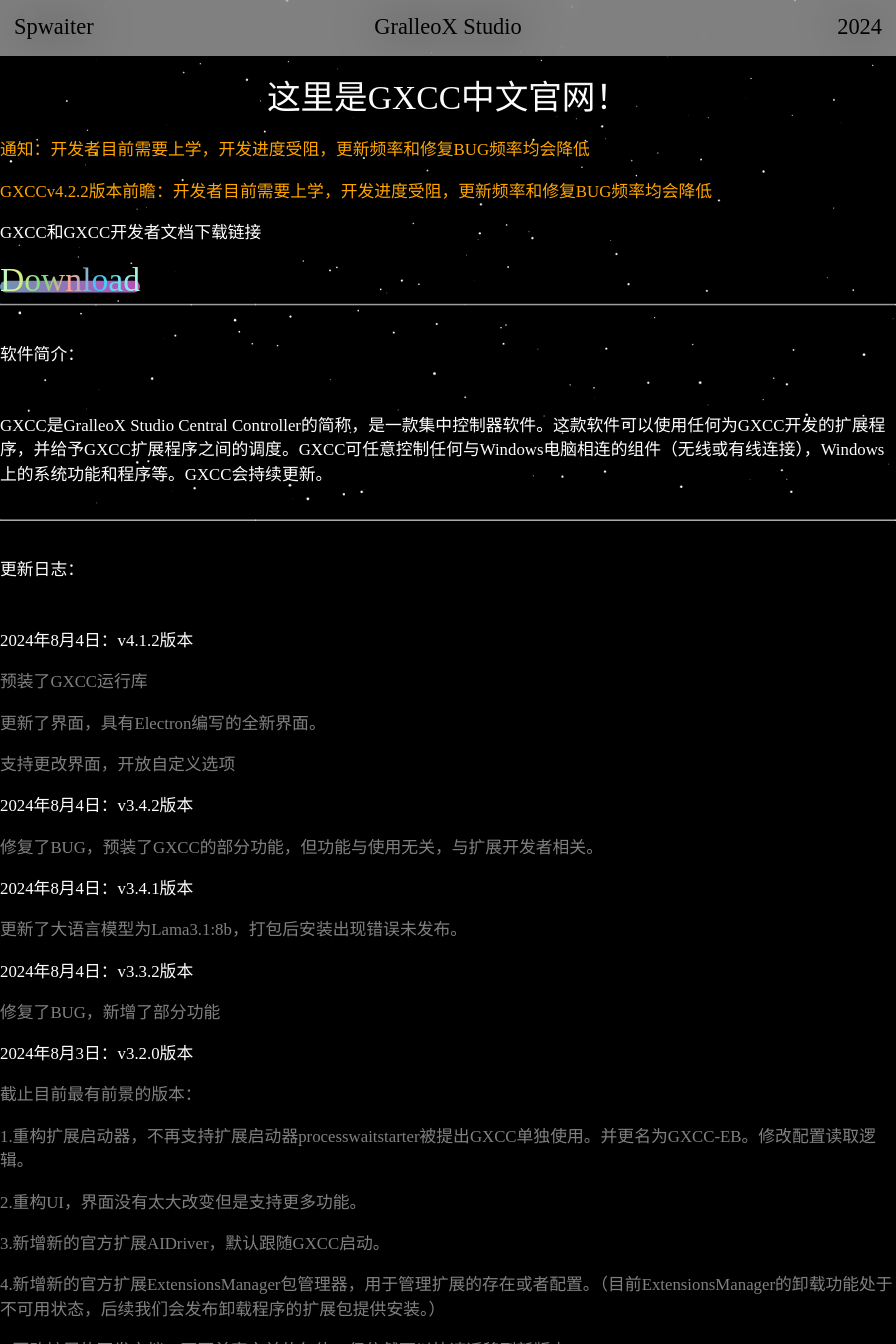
Repository: Lisu-Liso/GXCC
Page: index.html
The author's editor kept a copy of each file at every save. The page is drawn from the files as they stood at one save, then again after the next save.
The browser window is 1280 px wide. The pictures show the part of the page from y = 0 to 1920 px (the page is 4007 px tall), at 70% of full size.

Above is the page before, as saved 2024-10-05 21:15:35.

### index.html
<!DOCTYPE html>
<html lang="zh">
    <head>
        <meta http-equiv="Content-Type" content="text/html;charset=utf-8">
        <title>GXCC - GralleoX Studio</title>
        <link rel="stylesheet" type="text/css" href="./header.css">
        <link rel="shortcut icon" href="./GralleoX logo v2 web.ico">
        <style>
            body{
                overflow        : scroll;
                background-color: black;
                top             : 0;
                bottom          : 0;
                left            : 0;
                right           : 0;
                margin-top      : 100px;
                margin-bottom   : 0;
                margin-left     : 0;
                margin-right    : 0;
                user-select     : none;
            }
            ::-webkit-scrollbar{display: none;}
            .getin_screen{
                position        : fixed;
                top             : 0;
                bottom          : 0;
                left            : 0;
                right           : 0;
                background-color: rgba(0,0,0,0);
                color           : rgba(0,0,0,0);
                animation       : getinanimation 4s ease-in-out;
                text-align      : center;
                display         : table-cell;
            }
            @keyframes getinanimation{
                0% {
                    background-color       : rgba(255,255,255,1);
                    color                  : black;
                    backdrop-filter        : blur(15px);
                    -webkit-backdrop-filter: blur(15px);
                }
                40% {
                    background-color       : rgba(255,255,255,0.5);
                    color                  : black;
                    backdrop-filter        : blur(15px);
                    -webkit-backdrop-filter: blur(15px);
                }
                70% {
                    background-color       : rgba(255,255,255,0.5);
                    color                  : black;
                    backdrop-filter        : blur(15px);
                    -webkit-backdrop-filter: blur(15px);
                }
                100% {
                    background-color       : rgba(0,0,0,0);
                    color                  : rgba(0,0,0,0);
                    backdrop-filter        : blur(0px);
                    -webkit-backdrop-filter: blur(0px);
                }
            }
            .download_block{
                position               : fixed;
                top                    : 100px;
                left                   : 100px;
                right                  : 100px;
                bottom                 : 100px;
                margin-top             : 10px;
                margin-left            : 10px;
                margin-right           : 10px;
                margin-bottom          : 10px;
                background-color       : rgba(255,255,255,0.5);
                backdrop-filter        : blur(15px);
                -webkit-backdrop-filter: blur(15px);
                border-radius          : 100px;
                box-shadow             : 0 20px 50px rgba(0,0,0,0.2);
            }
            @keyframes blockout{
                0% {
                    background-color       : rgba(255,255,255,0);
                    backdrop-filter        : blur(0px);
                    -webkit-backdrop-filter: blur(0px);
                    box-shadow             : 0 20px 50px rgba(0,0,0,0);
                    opacity                : 0;
                }
                100% {
                    background-color       : rgba(255,255,255,0.5);
                    backdrop-filter        : blur(15px);
                    -webkit-backdrop-filter: blur(15px);
                    box-shadow             : 0 20px 50px rgba(0,0,0,0.2);
                    opacity                : 1;
                }
            }
            @keyframes blockquite{
                0% {
                    background-color       : rgba(255,255,255,0.5);
                    backdrop-filter        : blur(15px);
                    -webkit-backdrop-filter: blur(15px);
                    box-shadow             : 0 20px 50px rgba(0,0,0,0.2);
                    opacity                : 1;
                }
                100% {
                    background-color       : rgba(255,255,255,0);
                    backdrop-filter        : blur(0px);
                    -webkit-backdrop-filter: blur(0px);
                    box-shadow             : 0 20px 50px rgba(0,0,0,0);
                    opacity                : 0;
                }
            }
            .header-float{
                position: fixed;
                top     : 0;
                left    : 0;
                right   : 0;
                width   : 100%;
            }
            .black_board{
                position               : fixed;
                top                    : 80px;
                left                   : 0;
                right                  : 0;
                bottom                 : 0;
                margin-top             : 0;
                margin-left            : 0;
                margin-right           : 0;
                margin-bottom          : 0;
                backdrop-filter        : blur(15px);
                -webkit-backdrop-filter: blur(15px);
                background-color       : rgba(0,0,0,0.3);
            }
            @keyframes boardout{
                0% {
                    backdrop-filter        : blur(0px);
                    -webkit-backdrop-filter: blur(0px);
                    background-color       : rgba(0,0,0,0);
                }
                100% {
                    backdrop-filter        : blur(15px);
                    -webkit-backdrop-filter: blur(15px);
                    background-color       : rgba(0,0,0,0.3);
                }
            }
            @keyframes boardquite{
                0% {
                    backdrop-filter        : blur(15px);
                    -webkit-backdrop-filter: blur(15px);
                    background-color       : rgba(0,0,0,0.3);
                }
                100% {
                    backdrop-filter        : blur(0px);
                    -webkit-backdrop-filter: blur(0px);
                    background-color       : rgba(0,0,0,0);
                }
            }
            .newbutton{
                background   : linear-gradient(75deg,rgba(145, 202, 240, 0.75),rgba(248, 102, 248, 0.75));
                border-radius: 20px;
                text-align   : center;
                cursor       : pointer;
            }
            :root {
                --rainbow-gradient: linear-gradient(-90deg,#adfbda 0,#35c3ff 30%,#fda399 50%,#76d880 70%,#ebf38b 90%,#adfbda 100%);
            }
            .article-header--title {
                background-image       : var(--rainbow-gradient,#fff);
                background-size        : 100%;
                background-repeat      : repeat;
                background-clip        : text;
                -webkit-background-clip: text;
                -webkit-text-fill-color: transparent;
                -moz-background-clip   : text;
                -moz-text-fill-color   : transparent;
                filter                 : drop-shadow(0 0 2rpx #000);
                text-shadow            : none!important;
                cursor                 : pointer;
            }
            a{
                text-decoration: none;
            }
            font{
                cursor : default;
            }
            .backgroundimage{
                position: fixed;
                top     : 0;
                left    : 0;
                right   : 0;
                width   : 100%;
                height  : 100%;
                z-index: -1;
            }
            .normaltext{
                font-size: 18pt;
                color: white;
            }
            .smallnormaltext{
                font-size: 12pt;
                color: white;
            }
        </style>
    </head>
    <body>
        <canvas id="bgCanvas" class="backgroundimage"></canvas>
        <script>
            // 获取画布
            var canvas = document.getElementById('bgCanvas');
            var ctx = canvas.getContext('2d');

            // 设置画布尺寸与窗口大小一致
            canvas.width = window.innerWidth;
            canvas.height = window.innerHeight;

            // 创建一个数组用于存储星星的信息
            var stars = [];

            // 创建星星对象
            function Star(x, y, radius, color, speed) {
                this.x = x;
                this.y = y;
                this.radius = radius;
                this.color = color;
                this.speed = speed;
            }

            // 初始化星星
            function init() {
                for (var i = 0; i < 200; i++) {
                    var x = Math.random() * canvas.width;
                    var y = Math.random() * canvas.height;
                    var radius = Math.random() * 2;
                    var color = 'white';
                    var speed = Math.random() * 0.5;

                    stars.push(new Star(x, y, radius, color, speed));
                }
            }

            // 绘制星星
            function drawStars() {
                ctx.clearRect(0, 0, canvas.width, canvas.height);

                for (var i = 0; i < stars.length; i++) {
                    var star = stars[i];

                    ctx.beginPath();
                    ctx.arc(star.x, star.y, star.radius, 0, Math.PI * 2);
                    ctx.fillStyle = star.color;
                    ctx.fill();
                }
            }

            // 更新星星位置
            function updateStars() {
                for (var i = 0; i < stars.length; i++) {
                    var star = stars[i];

                    star.x += star.speed;

                    if (star.x > canvas.width) {
                        star.x = 0;
                    }
                }
            }

            // 动画循环
            function animate() {
                requestAnimationFrame(animate);

                drawStars();
                updateStars();
            }

            // 初始化并启动动画
            init();
            animate();
        </script>
        <div style="text-align:center;top:0;left:0;right:0;"><font size="7"color="white">这里是GXCC中文官网！</font></div>
        <p class="normaltext" style="color: orange;">通知：开发者目前需要上学，开发进度受阻，更新频率和修复BUG频率均会降低</p>
        <p class="normaltext" style="color: orange;">GXCCv4.2.2版本前瞻：开发者目前需要上学，开发进度受阻，更新频率和修复BUG频率均会降低</p>
        <p class="normaltext">GXCC和GXCC开发者文档下载链接</p>
        <a class="newbutton" onclick="join_us()"><font class="article-header--title" size="7">Download</font></a>
        <div class="black_board" id="bb"></div>
        <div class="download_block" id="download_block">
            <div style="text-align: center">
                <a class="newbutton" onclick="close_download_block()"><font class="article-header--title" size="7">点击关闭此框</font></a>
            </div>
            <div style="margin-left: 1cm;">
                <font size="7" color="black">这里是下载链接</font>
                <br>
                <font class="normaltext" style="color:red;">如果杀毒软件报告有病毒请忽略，此软件已经经过Microsoft Defender检测，360纯属误报。</font>
                <br>
                <font class="smallnormaltext" style="color: #76d880;">软件声明：您对AI说过的一切内容由你本地的计算机进行计算和处理，无需上传网络，请放心共享您的信息。出于运行需要，你对AI分享的信息会被作为日志保存在AIDriver扩展的文件夹中的日志文件中，如果你需要清除这些信息，请不要删除这些文件。请打开文件并写入‘1’作为占位，否则会影响AIDriver的正常运行。</font>
                <br>
                <a class="normaltext newbutton" href="https://github.com/Lisu-Liso/GXCC/releases">Link</a>
            </div>
        </div>
        <hr/>
        <br>
        <p class="normaltext">软件简介：</p>
        <br>
        <p class="normaltext">GXCC是GralleoX Studio Central Controller的简称，是一款集中控制器软件。这款软件可以使用任何为GXCC开发的扩展程序，并给予GXCC扩展程序之间的调度。GXCC可任意控制任何与Windows电脑相连的组件（无线或有线连接），Windows上的系统功能和程序等。GXCC会持续更新。</p>
        <br>
        <hr/>
        <br>
        <p class="normaltext">更新日志：</p>
        <br>
        <p class="normaltext">2024年8月4日：v4.1.2版本</p>
        <p class="normaltext" style="color: grey;">预装了GXCC运行库</p>
        <p class="normaltext" style="color: grey;">更新了界面，具有Electron编写的全新界面。</p>
        <p class="normaltext" style="color: grey;">支持更改界面，开放自定义选项</p>
        <p class="normaltext" style="color: grey;"></p>
        <p class="normaltext">2024年8月4日：v3.4.2版本</p>
        <p class="normaltext" style="color: grey;">修复了BUG，预装了GXCC的部分功能，但功能与使用无关，与扩展开发者相关。</p>
        <p class="normaltext">2024年8月4日：v3.4.1版本</p>
        <p class="normaltext" style="color: grey;">更新了大语言模型为Lama3.1:8b，打包后安装出现错误未发布。</p>
        <p class="normaltext">2024年8月4日：v3.3.2版本</p>
        <p class="normaltext" style="color: grey;">修复了BUG，新增了部分功能</p>
        <p class="normaltext">2024年8月3日：v3.2.0版本</p>
        <p class="normaltext" style="color: grey;">截止目前最有前景的版本：</p>
        <p class="normaltext" style="color: grey;">1.重构扩展启动器，不再支持扩展启动器processwaitstarter被提出GXCC单独使用。并更名为GXCC-EB。修改配置读取逻辑。</p>
        <p class="normaltext" style="color: grey;">2.重构UI，界面没有太大改变但是支持更多功能。</p>
        <p class="normaltext" style="color: grey;">3.新增新的官方扩展AIDriver，默认跟随GXCC启动。</p>
        <p class="normaltext" style="color: grey;">4.新增新的官方扩展ExtensionsManager包管理器，用于管理扩展的存在或者配置。（目前ExtensionsManager的卸载功能处于不可用状态，后续我们会发布卸载程序的扩展包提供安装。）</p>
        <p class="normaltext" style="color: grey;">5.更改扩展的开发文档，不再兼容之前的包体，但依然可以快速迁移到新版本。</p>
        <br>
        <p class="normaltext">2024年?月?日：v2.1.0版本</p>
        <p class="normaltext" style="color: grey;">该版本由于BUG极多并未发布，但是功能如下：</p>
        <p class="normaltext" style="color: grey;">1.修改了扩展启动器逻辑</p>
        <p class="normaltext" style="color: grey;">2.更新了扩展包包体结构</p>
        <p class="normaltext" style="color: grey;">3.弃用了v1.0.0版本中的对Extensions分类的名字</p>
        <p class="normaltext" style="color: grey;">3.分离内核与UI代码，扩大了UI程序的可扩展性。</p>
        <br>
        <p class="normaltext">2024年3月17日：v1.0.0版本</p>
        <p class="normaltext" style="color: grey;">能够使用最基本的Listenner和Runner扩展程序，支持Extend Extensions。</p>
        <hr>
        <p class="normaltext">使用的开发工具和依赖：</p>
        <p class="normaltext" style="color:orange;">GXCC：（部分行存在链接）</p>
        <p class="normaltext" style="color:grey;">Qt Creator 4.11.1 x64</p>
        <p class="normaltext" style="color:grey;">Electron v31.4.0</p>
        <p class="normaltext" style="color:orange;">GXCC_Core：（部分行存在链接）</p>
        <p class="normaltext" style="color:grey;">Qt Creator 4.11.1 x64</p>
        <a href="https://github.com/nlohmann/json"><p class="normaltext" style="color:grey;">nlohmann/json.hpp</p></a>
        <p class="normaltext" style="color:orange;">GXCC-EB：（部分行存在链接）</p>
        <p class="normaltext" style="color:grey;">Qt Creator 4.11.1 x64</p>
        <a href="https://github.com/nlohmann/json"><p class="normaltext" style="color:grey;">nlohmann/json.hpp</p></a>
        <p class="normaltext" style="color:orange;">ExtensionInstaller：（部分行存在链接）</p>
        <p class="normaltext" style="color:grey;">TDM-GCC-64 10.3.0</p>
        <a href="https://github.com/nlohmann/json"><p class="normaltext" style="color:grey;">nlohmann/json.hpp</p></a>
        <p class="normaltext" style="color:orange;">test扩展-监听器示例：</p>
        <p class="normaltext" style="color:grey;">TDM-GCC-64 10.3.0</p>
        <p class="normaltext" style="color:orange;">test2扩展-执行器示例：</p>
        <p class="normaltext" style="color:grey;">TDM-GCC-64 10.3.0</p>
        <p class="normaltext" style="color:orange;">ExtensionsManager：（部分行存在链接）</p>
        <p class="normaltext" style="color:grey;">Qt Creator 4.11.1 x64</p>
        <a href="https://github.com/nlohmann/json"><p class="normaltext" style="color:grey;">nlohmann/json.hpp</p></a>
        <p class="normaltext" style="color: brown;">ExtensionInstaller</p>
        <p class="normaltext" style="color: brown;">ExtensionUninstaller（未完成开发）</p>
        <p class="normaltext" style="color:orange;">AIDriver（GXCC3特色官方扩展）：（部分行存在链接）</p>
        <p class="normaltext" style="color:grey;">TDM-GCC-64 10.3.0</p>
        <p class="normaltext" style="color:grey;">Python 3.12 x64</p>
        <p class="normaltext" style="color:grey;">TDM-GCC-64 10.3.0</p>
        <p class="normaltext" style="color:grey;">Python 3.12 x64</p>

        <div class="headerblock">
            <div class="centertext"><font size="6">GralleoX Studio</font></div>
            <div class="lefttext"><font size="6">Spwaiter</font></div>
            <div class="righttext"><font size="6">2024</font></div>
        </div>
        <div class="getin_screen" id="getin">
            <font size="7" id="getintext">网站正在加载，请稍后...</font>
        </div>
    </body>
    <script type="text/javascript">
        let t = document.getElementById("download_block");
        t.style.display = "none";

        t = document.getElementById("bb");
        t.style.display = "none";
    </script>
    <script type="text/javascript">
        setTimeout(function(){
            let t = document.getElementById("getintext");
            t.innerHTML = "网站加载完毕，即将进入网站。";
            setTimeout(function(){
                let t = document.getElementById("getin");
                t.style.display = "none";
            },2000);
        },2000);
        function join_us(){
            let t = document.getElementById("download_block");
            t.style.display = "block";
            t.style.animation = "blockout 0.5s ease-in-out";

            t = document.getElementById("bb");
            t.style.display = "block";
            t.style.animation = "boardout 0.5s ease-in-out";
        }
        function close_download_block(){
            let t = document.getElementById("download_block");
            t.style.animation = "blockquite 0.5s ease-in-out";

            t = document.getElementById("bb");
            t.style.animation = "boardquite 0.5s ease-in-out";
            setTimeout(function(){
                let t = document.getElementById("download_block");
                t.style.display = "none";

                t = document.getElementById("bb");
                t.style.display = "none";
            },500);
        }
    </script>
</html>

### header.css
.headerblock{
    position               : fixed;
    top                    : 0px;
    left                   : 0px;
    right                  : 0px;
    margin-top             : 0px;
    margin-left            : 0px;
    margin-right           : 0px;
    width                  : 100%;
    height                 : 80px;
    background-color       : rgba(255,255,255,0.5);
    backdrop-filter        : blur(10px);
    -webkit-backdrop-filter: blur(10px);
    box-shadow             : 0 20px 50px rgba(0,0,0,0.2);
    align-items            : center;
}
.centertext{
    position    : fixed;
    top         : 0;
    left        : 0;
    right       : 0;
    margin-top  : 20px;
    margin-left : 20px;
    margin-right: 20px;
    text-align  : center;
    filter      : drop-shadow(0 0 2rem #000);
    text-shadow : none!important;
    color       : black;
}
.lefttext{
    position    : fixed;
    top         : 0;
    left        : 0;
    right       : 0;
    margin-top  : 20px;
    margin-left : 20px;
    margin-right: 20px;
    text-align  : left;
    filter      : drop-shadow(0 0 2rem #000);
    text-shadow : none!important;
    color       : black;
}
.righttext{
    position    : fixed;
    top         : 0;
    left        : 0;
    right       : 0;
    margin-top  : 20px;
    margin-left : 20px;
    margin-right: 20px;
    text-align  : right;
    filter      : drop-shadow(0 0 2rem #000);
    text-shadow : none!important;
    color       : black;
}

After the next save:
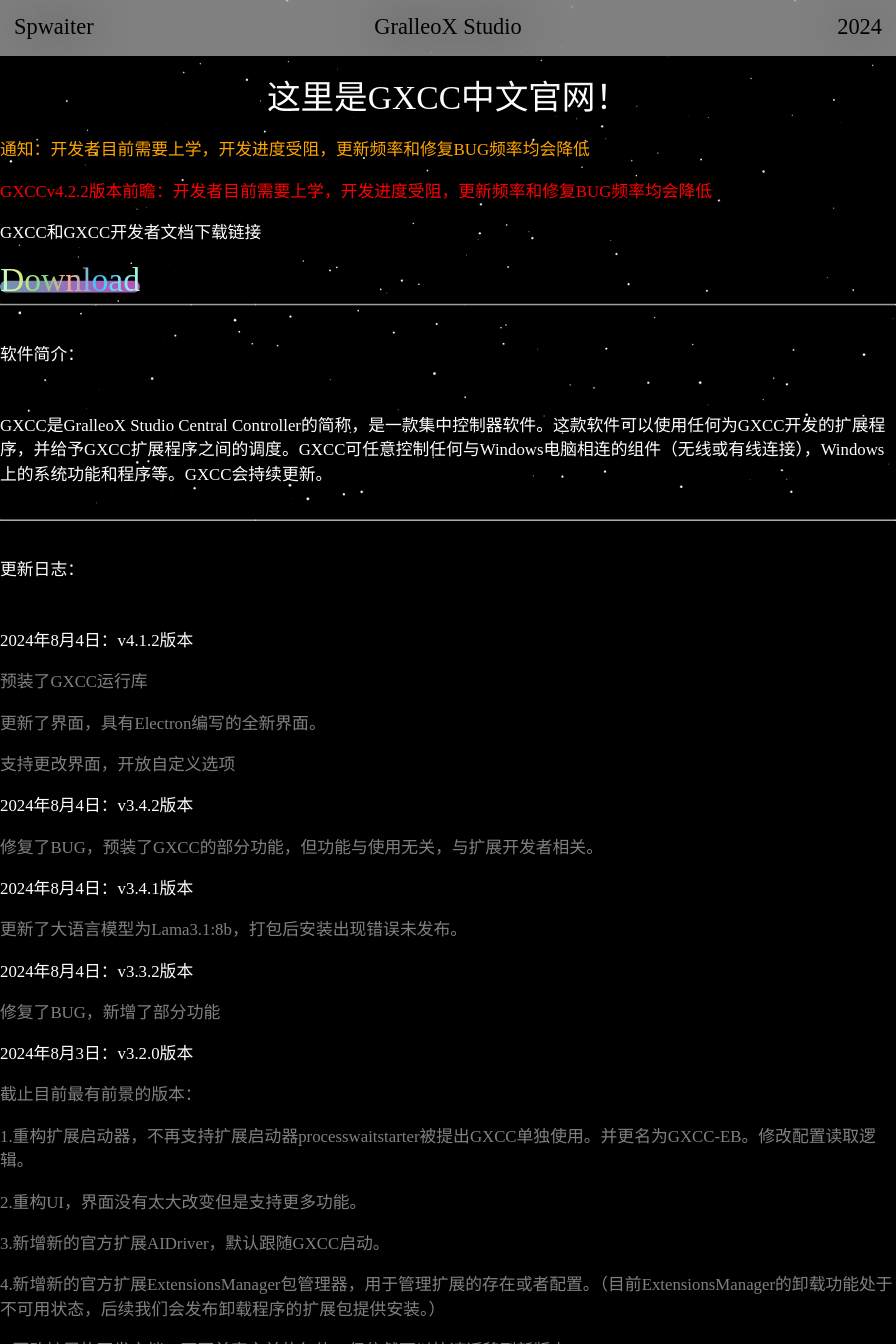
Saved 5 s later.
--- a/index.html
+++ b/index.html
@@ -275,7 +275,7 @@
         </script>
         <div style="text-align:center;top:0;left:0;right:0;"><font size="7"color="white">这里是GXCC中文官网！</font></div>
         <p class="normaltext" style="color: orange;">通知：开发者目前需要上学，开发进度受阻，更新频率和修复BUG频率均会降低</p>
-        <p class="normaltext" style="color: orange;">GXCCv4.2.2版本前瞻：开发者目前需要上学，开发进度受阻，更新频率和修复BUG频率均会降低</p>
+        <p class="normaltext" style="color: red;">GXCCv4.2.2版本前瞻：开发者目前需要上学，开发进度受阻，更新频率和修复BUG频率均会降低</p>
         <p class="normaltext">GXCC和GXCC开发者文档下载链接</p>
         <a class="newbutton" onclick="join_us()"><font class="article-header--title" size="7">Download</font></a>
         <div class="black_board" id="bb"></div>
